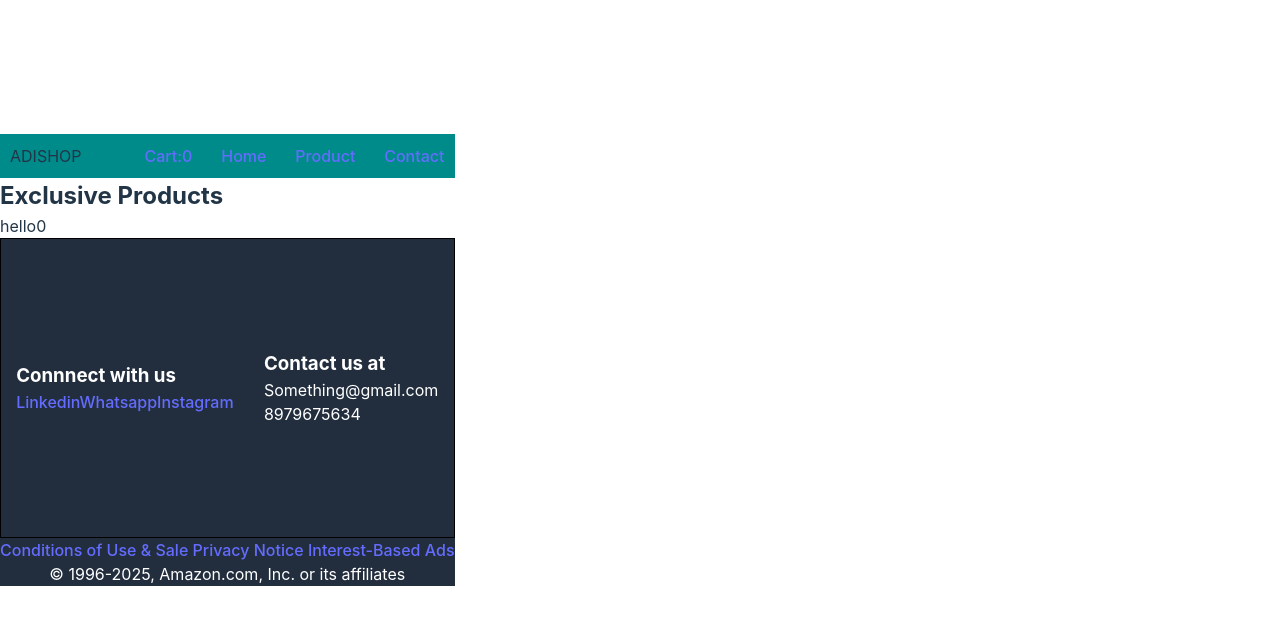
Repository: Aditya0377/React-ecommercewebsite
Page: / (app in ecommerce/)
These files come from the project's save history. The page is drawn as it stood at one moment and after the next save; the edit follows.
The browser window is 1280 px wide. The pictures show the whole page.
The project was rebuilt for these pictures with package versions that can differ from the ones it lists, and the page was loaded fresh each time. Also part of the build but not shown: ecommerce/vite.config.js, ecommerce/src/components/Product.css, ecommerce/src/components/Product.jsx, ecommerce/src/components/Contact.css, ecommerce/src/components/Contact.jsx, ecommerce/src/components/Login.css, ecommerce/src/components/Login.jsx. Imported but missing from the stored project, and not drawn on this page: ecommerce/src/components/Cart.

Above is the page before, as saved 2025-01-23 16:20:22.

After the next save:
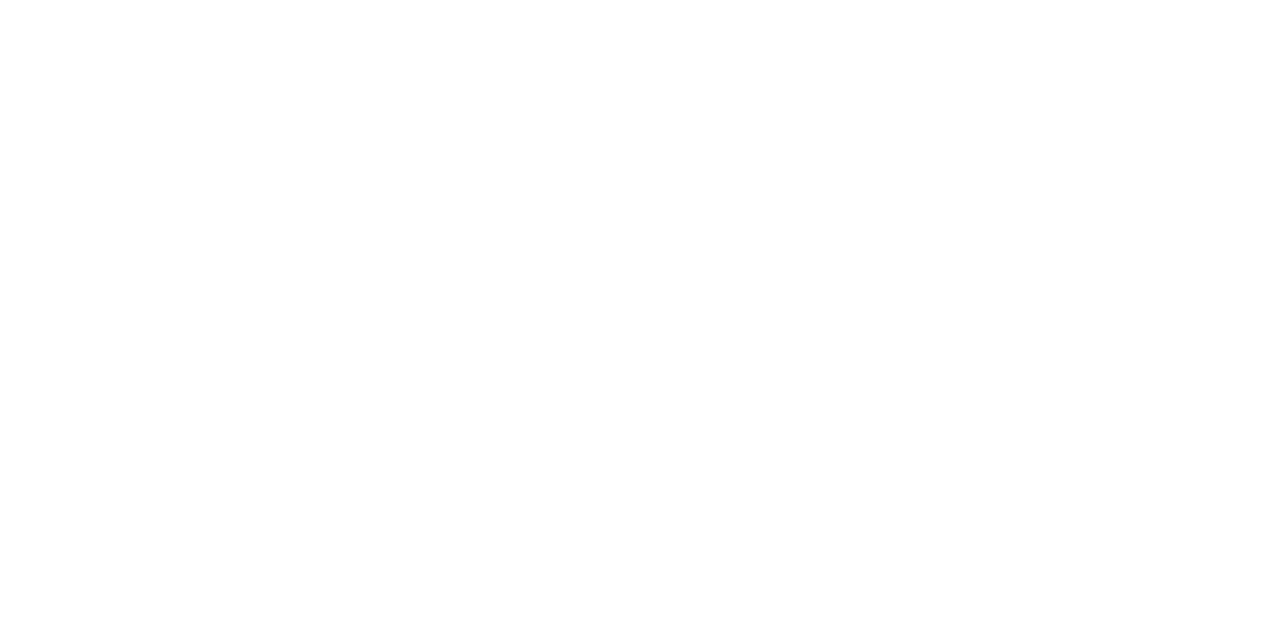
Console error (its wording comes from the project's code and is left out).
Saved 50 s later.
--- a/ecommerce/src/App.jsx
+++ b/ecommerce/src/App.jsx
@@ -28,18 +28,18 @@
       <Routes>
         <Route path='/cart' element={<Cart />} />
         <Route path='/' element={<Home />} />
-
-        <Route path='/product' element={<Product setCount={setCount} />} />
-
+        <context.Provider value={count}>
+          <Route path='/product' element={<Product setCount={setCount} />} />
+        </context.Provider>
         <Route path='/contact' element={<Contact />} />
         <Route path='/login' element={<Login />} />
 
 
 
       </Routes>
-      <context.Provider value={count}>
+      {/* <context.Provider value={count}>
         <Pracctise />
-      </context.Provider>
+      </context.Provider> */}
 
       <Footer />
     </div>

After the 3 saves that followed:
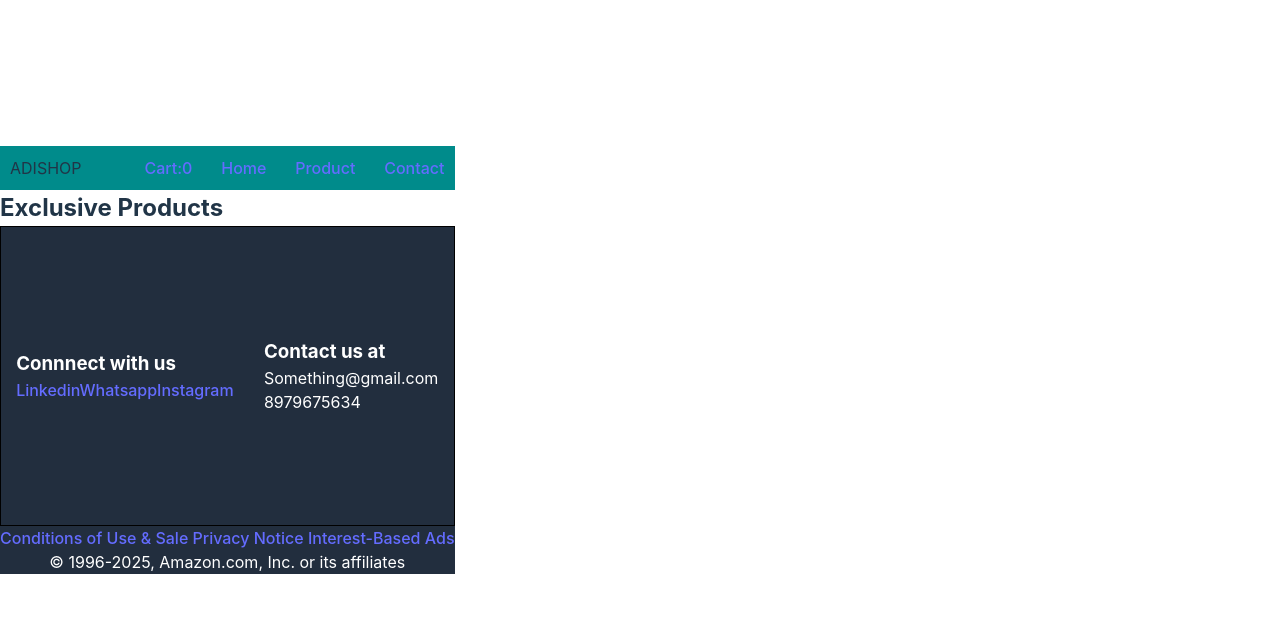
The error is gone.
The 3 saves are shown as one change because 1 did not build or start and 1 left the picture as it was.
The last was saved 2 min 7 s later.
--- a/ecommerce/src/App.jsx
+++ b/ecommerce/src/App.jsx
@@ -24,25 +24,27 @@
 
   return (
     <div>
-      <Header count={count} />
-      <Routes>
-        <Route path='/cart' element={<Cart />} />
-        <Route path='/' element={<Home />} />
-        <context.Provider value={count}>
-          <Route path='/product' element={<Product setCount={setCount} />} />
-        </context.Provider>
-        <Route path='/contact' element={<Contact />} />
-        <Route path='/login' element={<Login />} />
+      <context.Provider value={addtoCart}>
+        <Header count={count} />
+        <Routes>
+          <Route path='/cart' element={<Cart />} />
+          <Route path='/' element={<Home />} />
+
+          <Route path='/product' element={<Product />} />
+
+          <Route path='/contact' element={<Contact />} />
+          <Route path='/login' element={<Login />} />
 
 
 
-      </Routes>
+        </Routes>
+      </context.Provider>
       {/* <context.Provider value={count}>
         <Pracctise />
       </context.Provider> */}
 
       <Footer />
-    </div>
+    </div >
   )
 }
 
